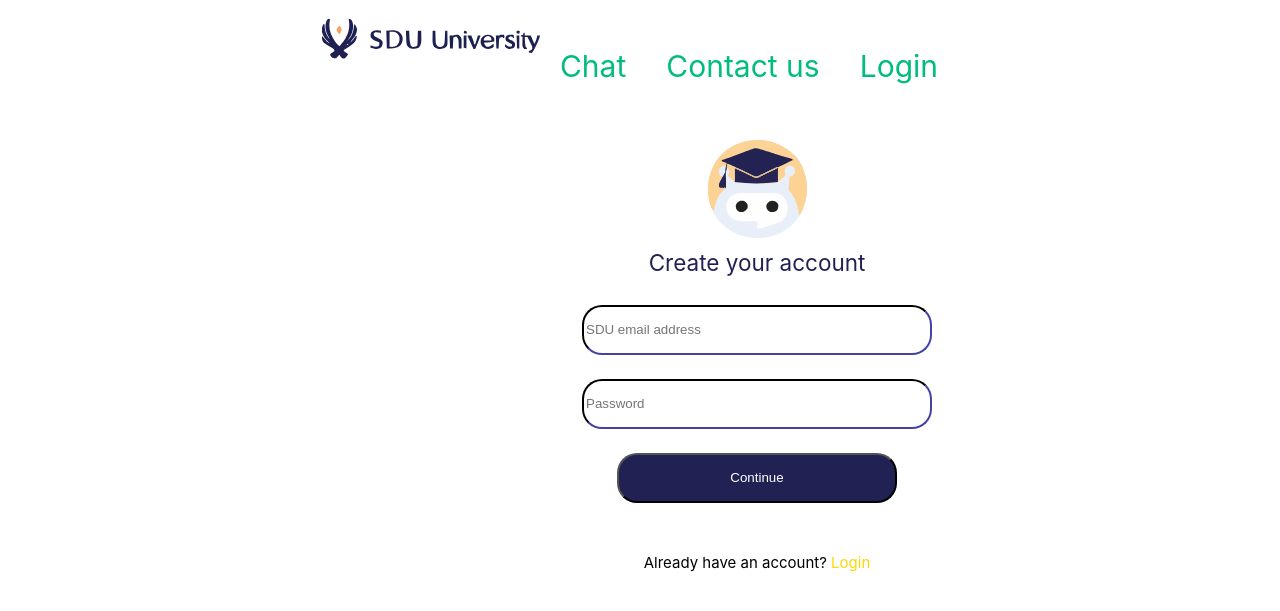
Repository: tolepbekova/Community_v.l
Page: /sign
An editor plug-in stored every save of this project. The page is shown before and after the next save, followed by the edit.
The browser window is 1280 px wide. The pictures show the whole page.
The project was rebuilt for these pictures with package versions that can differ from the ones it lists, and the page was loaded fresh each time. Also part of the build but not shown: vite.config.js, src/components/HelloWorld.vue, src/views/Login.vue. Imported but missing from the stored project, and not drawn on this page: src/views/Change.vue.

Above is the page before, as saved 2024-05-10 07:07:13.

After the next save:
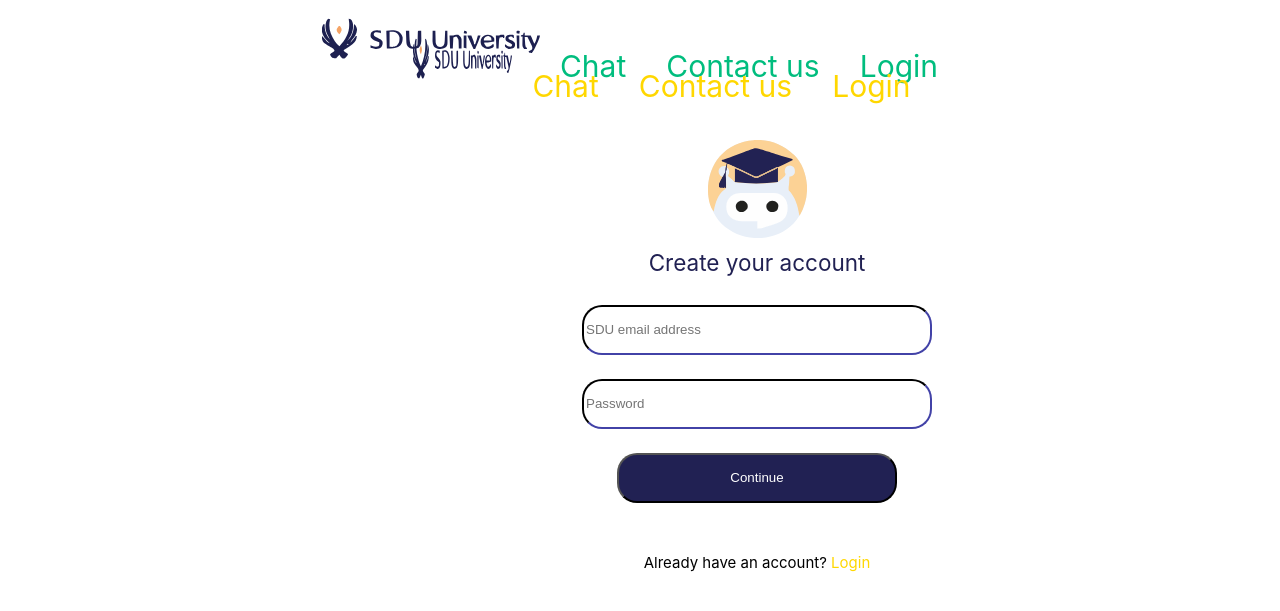
Saved 69 s later.
--- a/src/views/Signin.vue
+++ b/src/views/Signin.vue
@@ -2,6 +2,22 @@
   <div>
 
     <section id="hero">
+      <v-app id="header">
+            <v-card color="grey lighten-4" flat height="100px" tile>
+                <v-toolbar dense>
+
+                  <router-link   to="/home"> <img class="logo" src="../src/assets/logo/log.svg"></router-link>
+
+                    <v-spacer></v-spacer>
+
+                    <span><router-link to="/getstart">Chat</router-link></span>
+                        <span><router-link to="/contact">Contact us</router-link></span>
+                        <span><router-link to="/auth">Login</router-link></span>
+
+
+                </v-toolbar>
+            </v-card>
+        </v-app>
       <br><br><br>
       <div class="abrow">
         <br><br>
